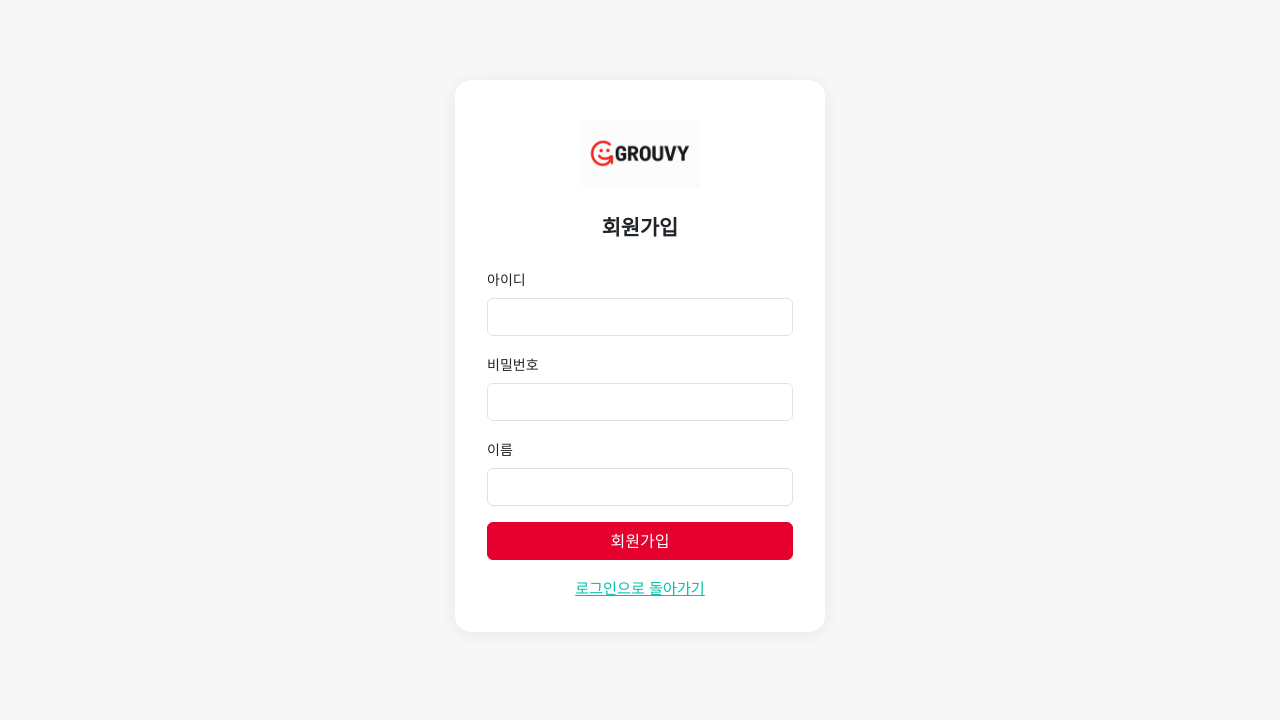
Repository: hyunbin7664/web-java-workspace
Page: groupware/src/main/webapp/sign_up.html
An editor plug-in stored every save of this project. The page is shown before and after the next save, followed by the edit.
The browser window is 1280 px wide. The pictures show the whole page.

Above is the page before, as saved 2025-07-10 00:17:39.

After the next save:
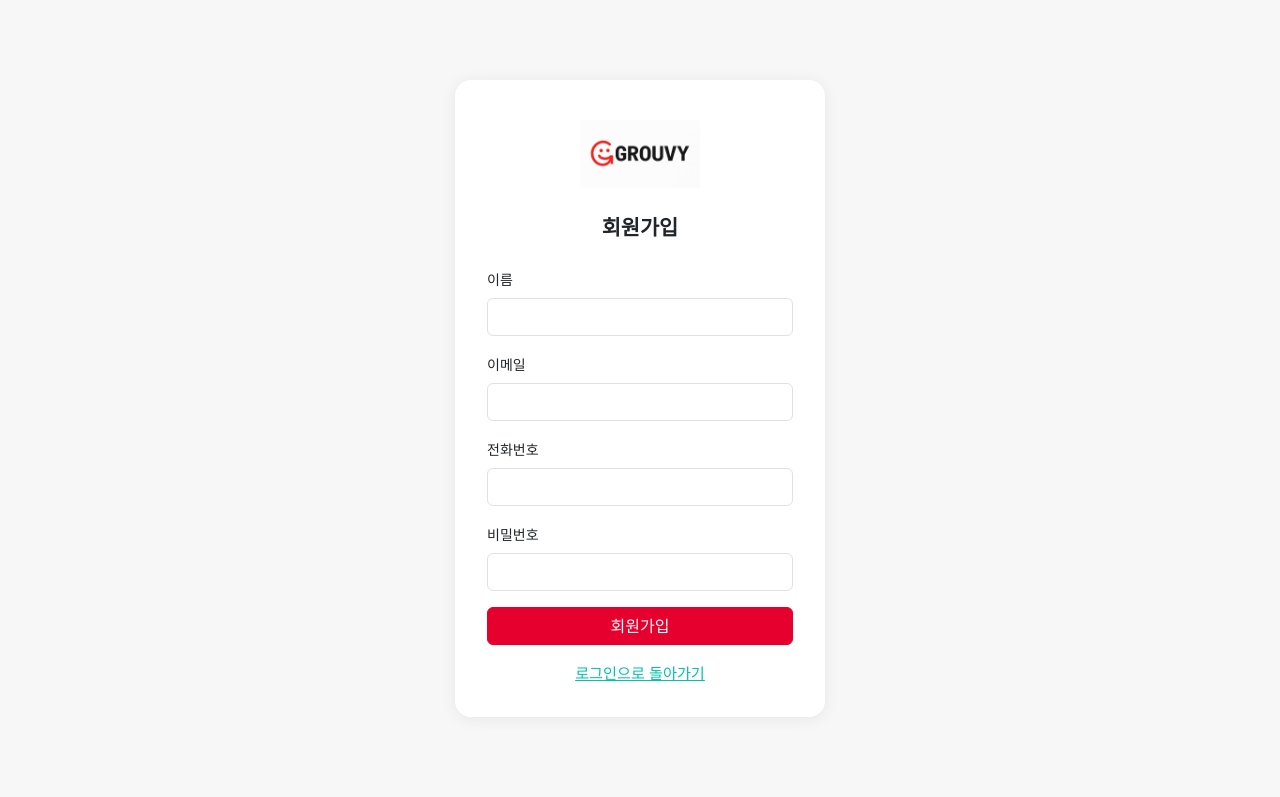
Saved 25 h 47 min later.
--- a/groupware/src/main/webapp/sign_up.html
+++ b/groupware/src/main/webapp/sign_up.html
@@ -56,16 +56,20 @@ body {
 		<div class="auth-title">회원가입</div>
 		<form action="login.html" method="get">
 			<div class="mb-3">
-				<label for="signupId" class="form-label small">아이디</label> <input
-					type="text" class="form-control" id="signupId" required>
+				<label for="signupName" class="form-label small">이름</label>
+				<input type="text" class="form-control" id="signupName" required>
+			</div>
+			<div class="mb-3">
+				<label for="signupEmail" class="form-label small">이메일</label>
+				<input type="email" class="form-control" id="signupEmail" required>
+			</div>
+			<div class="mb-3">
+				<label for="signupPhone" class="form-label small">전화번호</label>
+				<input type="tel" class="form-control" id="signupPhone" required>
 			</div>
 			<div class="mb-3">
 				<label for="signupPw" class="form-label small">비밀번호</label> <input
 					type="password" class="form-control" id="signupPw" required>
-			</div>
-			<div class="mb-3">
-				<label for="signupName" class="form-label small">이름</label> <input
-					type="text" class="form-control" id="signupName" required>
 			</div>
 			<button type="submit" class="btn btn-grouvy w-100 mb-2">회원가입</button>
 		</form>
